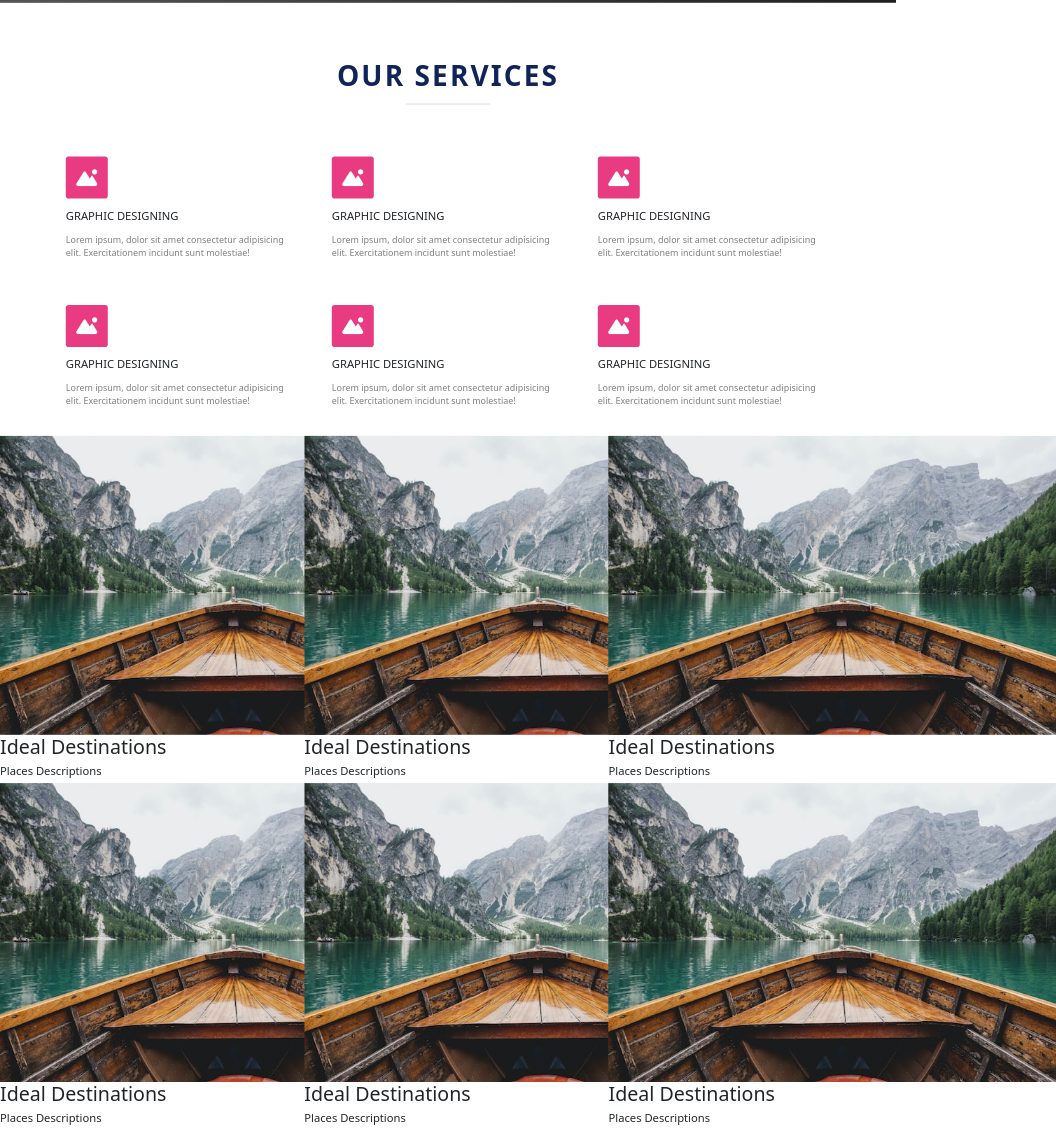
Repository: lhggiang/CaseStudy
Page: index.html
The author's editor kept a copy of each file at every save. The page is drawn from the files as they stood at one save, then again after the next save.
The browser window is 1280 px wide. The page is 1509 px wide, so the pictures cover 1509 px, including what lies to the right of the window. The pictures show the part of the page from y = 774 to 2414 px (the page is 2389 px tall before and 2414 px after), at 70% of full size.
Pictures or frames that could not be fetched are drawn as grey boxes. Backgrounds fixed to the window are drawn as part of the page. Some web libraries are served in a nearby version. The style sheet was rebuilt from its Sass, Less or Tailwind sources for each picture, by a compiler version that may differ from the author's.

Above is the page before, as saved 2023-02-22 15:34:33.

After the next save:
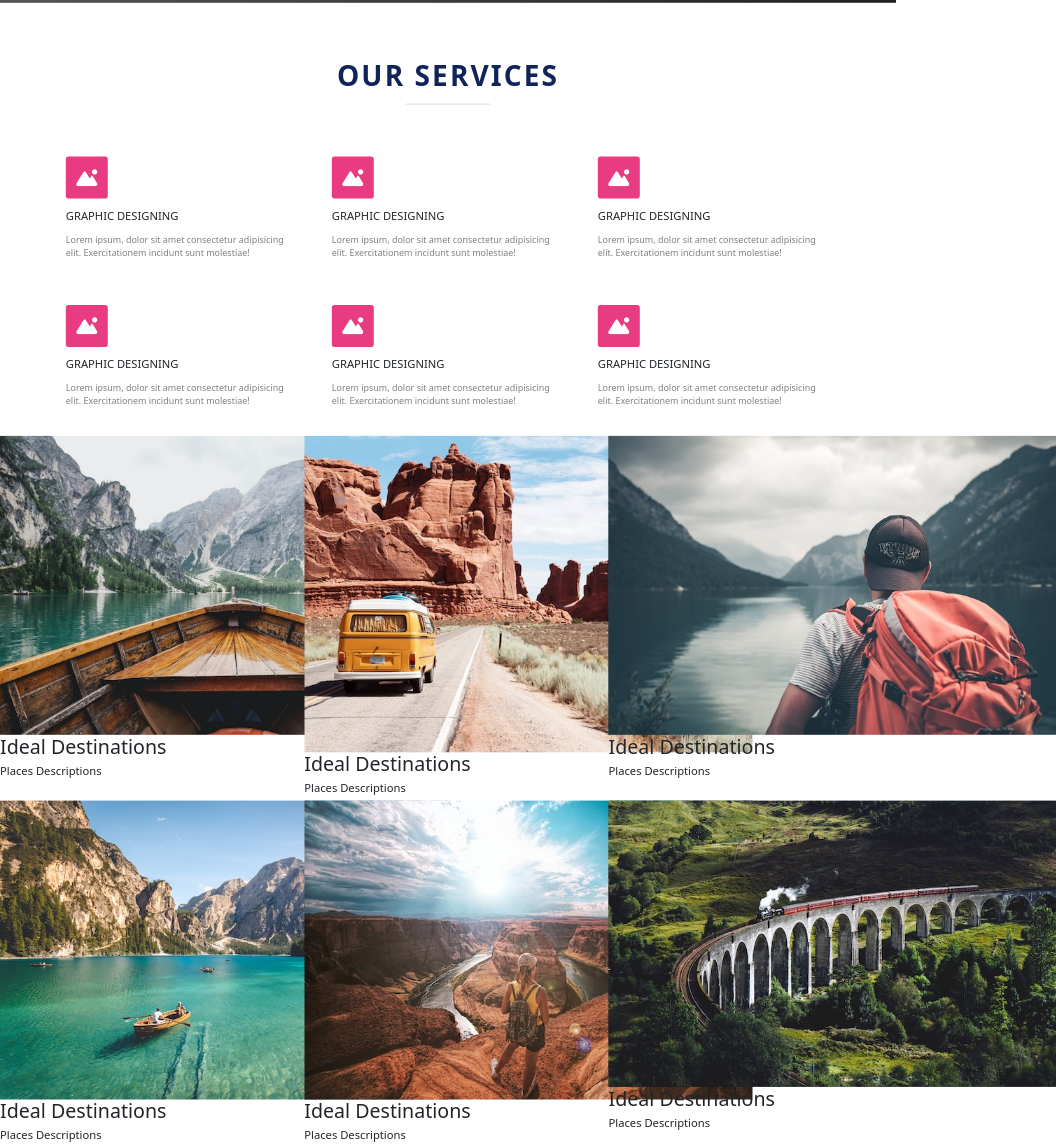
Saved 2 min 32 s later.
--- a/index.html
+++ b/index.html
@@ -146,51 +146,51 @@
         </div>
         <div class="col-lg-4 col-sm-6">
             <div class="portfolio__item">
-                <img src="./img/P1.jpg" alt="Ideal Destinations">
-                <div class="portfolio__content">
-                    <div>
-                        <h3>Ideal Destinations</h3>
-                        <h6>Places Descriptions</h6>
-                    </div>
-                </div>
-            </div>
-        </div>
-        <div class="col-lg-4 col-sm-6">
-            <div class="portfolio__item">
-                <img src="./img/P1.jpg" alt="Ideal Destinations">
-                <div class="portfolio__content">
-                    <div>
-                        <h3>Ideal Destinations</h3>
-                        <h6>Places Descriptions</h6>
-                    </div>
-                </div>
-            </div>
-        </div>
-        <div class="col-lg-4 col-sm-6">
-            <div class="portfolio__item">
-                <img src="./img/P1.jpg" alt="Ideal Destinations">
-                <div class="portfolio__content">
-                    <div>
-                        <h3>Ideal Destinations</h3>
-                        <h6>Places Descriptions</h6>
-                    </div>
-                </div>
-            </div>
-        </div>
-        <div class="col-lg-4 col-sm-6">
-            <div class="portfolio__item">
-                <img src="./img/P1.jpg" alt="Ideal Destinations">
-                <div class="portfolio__content">
-                    <div>
-                        <h3>Ideal Destinations</h3>
-                        <h6>Places Descriptions</h6>
-                    </div>
-                </div>
-            </div>
-        </div>
-        <div class="col-lg-4 col-sm-6">
-            <div class="portfolio__item">
-                <img src="./img/P1.jpg" alt="Ideal Destinations">
+                <img src="./img/P2.jpg" alt="Ideal Destinations">
+                <div class="portfolio__content">
+                    <div>
+                        <h3>Ideal Destinations</h3>
+                        <h6>Places Descriptions</h6>
+                    </div>
+                </div>
+            </div>
+        </div>
+        <div class="col-lg-4 col-sm-6">
+            <div class="portfolio__item">
+                <img src="./img/P3.jpg" alt="Ideal Destinations">
+                <div class="portfolio__content">
+                    <div>
+                        <h3>Ideal Destinations</h3>
+                        <h6>Places Descriptions</h6>
+                    </div>
+                </div>
+            </div>
+        </div>
+        <div class="col-lg-4 col-sm-6">
+            <div class="portfolio__item">
+                <img src="./img/P4.jpg" alt="Ideal Destinations">
+                <div class="portfolio__content">
+                    <div>
+                        <h3>Ideal Destinations</h3>
+                        <h6>Places Descriptions</h6>
+                    </div>
+                </div>
+            </div>
+        </div>
+        <div class="col-lg-4 col-sm-6">
+            <div class="portfolio__item">
+                <img src="./img/P5.jpg" alt="Ideal Destinations">
+                <div class="portfolio__content">
+                    <div>
+                        <h3>Ideal Destinations</h3>
+                        <h6>Places Descriptions</h6>
+                    </div>
+                </div>
+            </div>
+        </div>
+        <div class="col-lg-4 col-sm-6">
+            <div class="portfolio__item">
+                <img src="./img/P6.jpg" alt="Ideal Destinations">
                 <div class="portfolio__content">
                     <div>
                         <h3>Ideal Destinations</h3>
